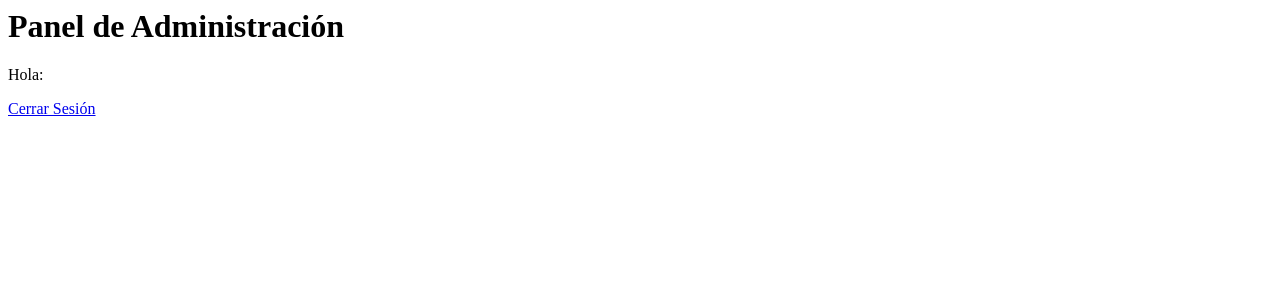
Repository: omoray99/appsalon-mvc-php
Page: http://localhost/confirmar-cuenta/views/admin/index.php
The author's editor kept a copy of each file at every save. The page is drawn from the files as they stood at one save, then again after the next save.
The browser window is 1280 px wide. The pictures show the whole page.
The page is run by PHP 8.4 with error messages shown; the project is at /var/www/html/.

Above is the page before, as saved 2024-10-31 11:09:10.

### views/admin/index.php
<h1 class="nombre-pagina"> Panel de Administración   </h1>

<?php include_once __DIR__ . '/../templates/barra.php';

?>

<div class="busqueda">
    <form class="formulario">

    </form>
</div>

<div id="citas-admin" >

</div>

### views/templates/barra.php

<div class="barra">
    <p>Hola: <?php echo $nombre ?? '';  ?> </p>

    <a class="boton" href="/logout"> Cerrar Sesión</a>
</div>

After the next save:
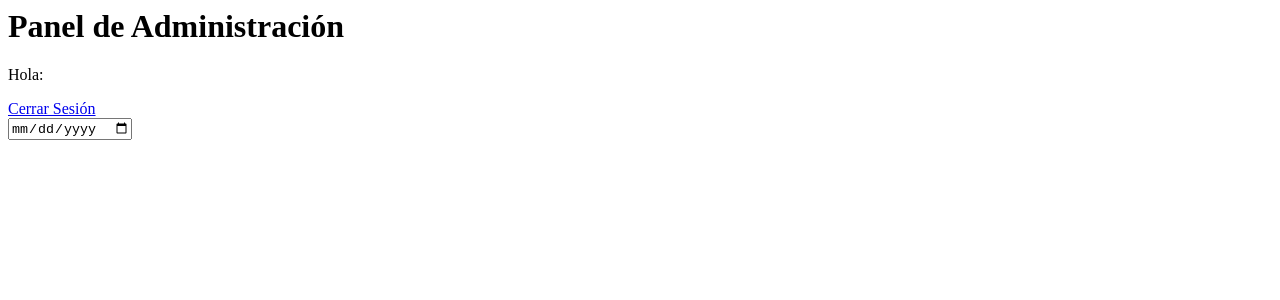
Saved 18 s later.
--- a/views/admin/index.php
+++ b/views/admin/index.php
@@ -6,6 +6,8 @@
 
 <div class="busqueda">
     <form class="formulario">
+        <label for="fecha"></label>
+        <input type="date">
 
     </form>
 </div>
